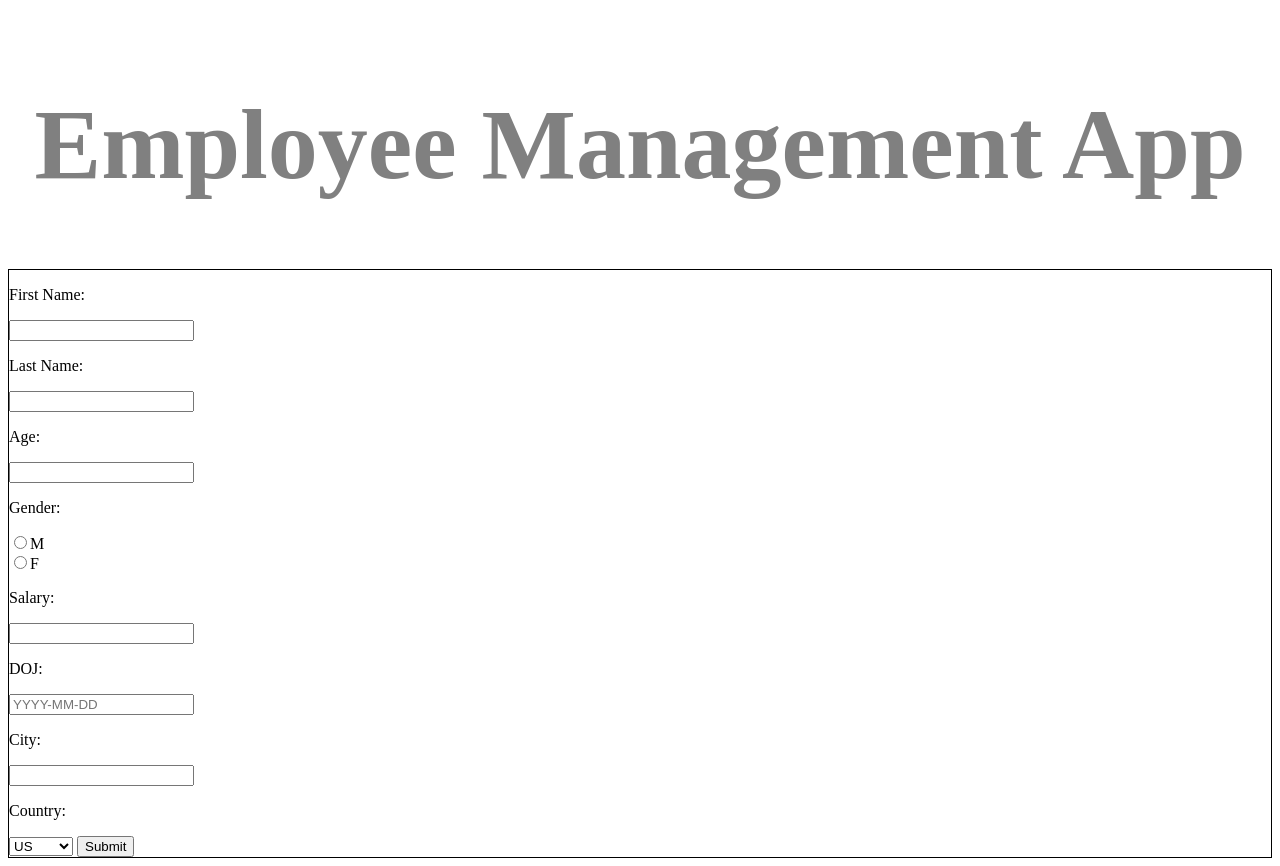
Repository: SaumyaGuptaTechnokrat/Employee_management
Page: http://localhost/Employee/index.jsp
An editor plug-in stored every save of this project. The page is shown before and after the next save, followed by the edit.
The browser window is 1280 px wide. The pictures show the whole page.
The page is served by Tomcat 9. Other server files are loaded and not shown.

Above is the page before, as saved 2023-02-10 17:09:52.

### Employee/src/main/webapp/index.jsp
<%@ page language="java" contentType="text/html; charset=ISO-8859-1"
    pageEncoding="ISO-8859-1"%>
<!DOCTYPE html>
<html>
<head>
<meta charset="ISO-8859-1">
<title>Insert title here</title>
</head>
<body>
<h1 style="text-align:center;padding-top:20px;color:gray;font-size:100px;">Employee Management App</h1>
<div style="display:flex;flex-direction:column;justify-content:center;align-item:center; margin:auto; border:1px black solid">
<form action="addRecord.jsp" method="post" >

		<p>First Name:</p><input name="fName" type="text"><br>
		<p>Last Name:</p><input name="lName" type="text"><br>
		<p>Age:</p><input name="age" type="number"><br>
		<p>Gender:</p><input name="Gender" type="radio" value="Male">M<br>
		<input type="radio" name="Gender" value="Female">F<br>
		<p>Salary:</p><input name="salary" type="text"><br>
		<p>DOJ:</p><input name="Doj" placeholder="YYYY-MM-DD" type="text"><br>
		<p>City:</p><input name="City" type="text"><br>
		<p>Country:</p><select name="Country">
		<option value="US">US<option/>
		<option value="US">INDIA<option/>
		<option value="US">UK<option/>
		<option value="US">JAPAN<option/>
		</select>
		<input type="button" value="Submit">
</form>
	</div>

</body>
</html>

After the next save:
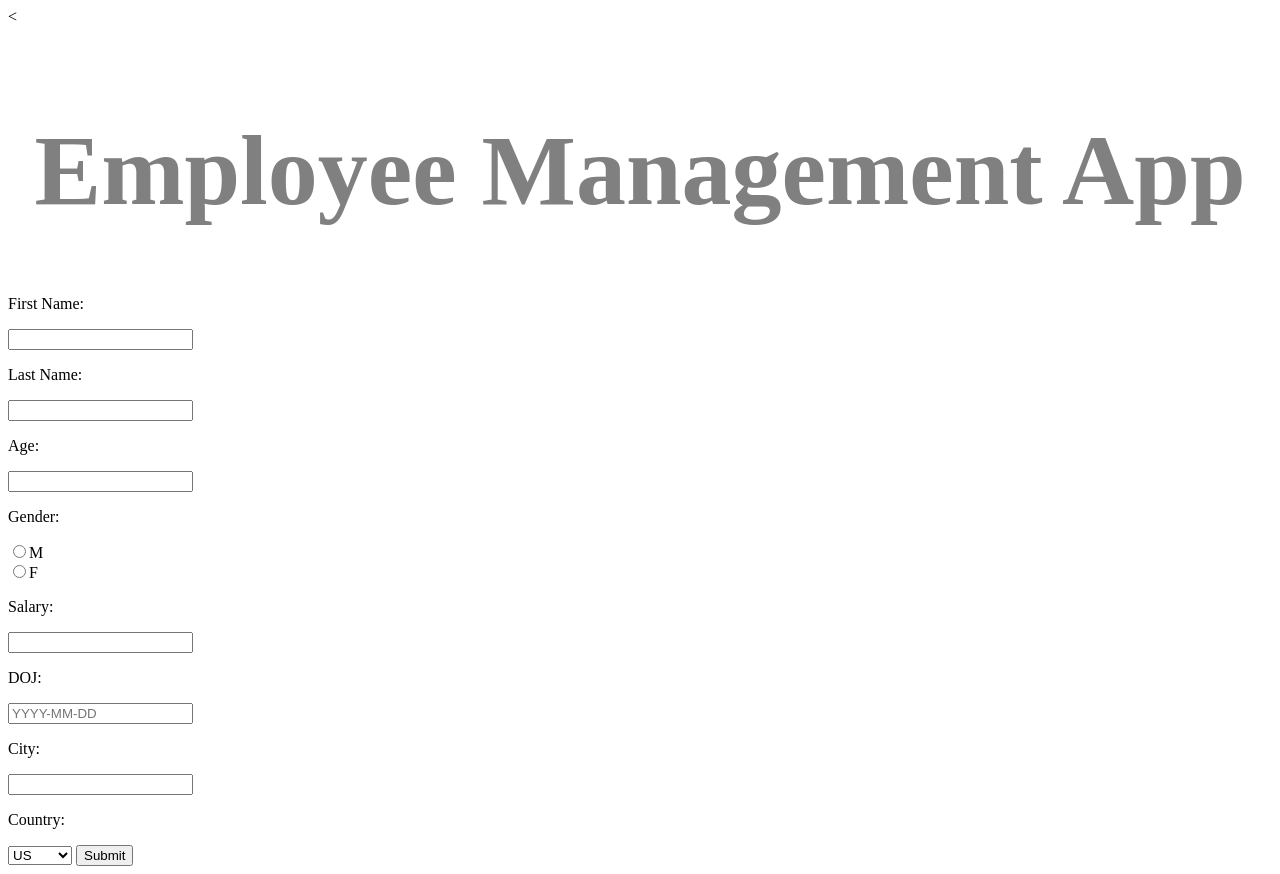
Saved 16 min 46 s later.
--- a/Employee/src/main/webapp/index.jsp
+++ b/Employee/src/main/webapp/index.jsp
@@ -5,10 +5,11 @@
 <head>
 <meta charset="ISO-8859-1">
 <title>Insert title here</title>
+<
 </head>
 <body>
 <h1 style="text-align:center;padding-top:20px;color:gray;font-size:100px;">Employee Management App</h1>
-<div style="display:flex;flex-direction:column;justify-content:center;align-item:center; margin:auto; border:1px black solid">
+<div>
 <form action="addRecord.jsp" method="post" >
 
 		<p>First Name:</p><input name="fName" type="text"><br>
